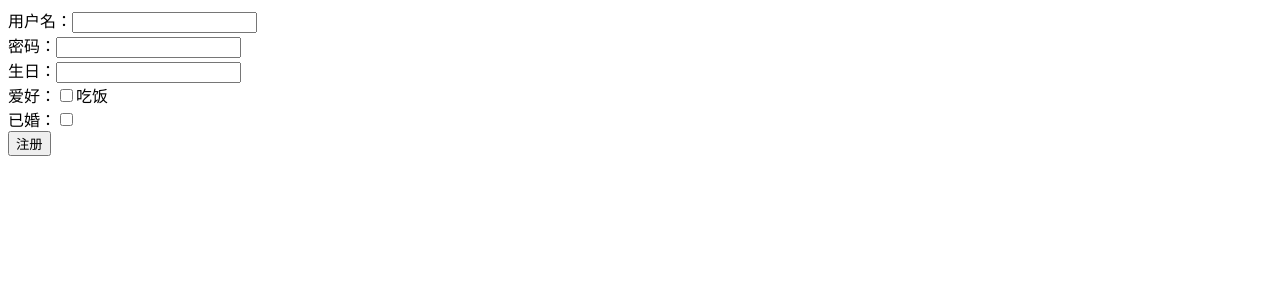
Repository: yanbin0061/JAVA
Page: http://localhost/struts_register/student.jsp
An editor plug-in stored every save of this project. The page is shown before and after the next save, followed by the edit.
The browser window is 1280 px wide. The pictures show the whole page.
The page is served by Tomcat 9. Other server files are loaded and not shown.

Above is the page before, as saved 2017-04-06 01:43:56.

### taotaoProgram/javaTest/struts_register/WebContent/student.jsp
<%@ page language="java" import="java.util.*" pageEncoding="UTF-8"%>
<!DOCTYPE HTML PUBLIC "-//W3C//DTD HTML 4.01 Transitional//EN">
<html>
  <head>
    <title>用户注册</title>
  </head>
  <body>
   	<form action="${pageContext.request.contextPath}/register.action" method="post">
   		用户名：<input type="text" name="username" /><br/>
   		密码：<input type="password" name="password" /><br/>
   		生日：<input type="text" name="birthday" /><br/>
   		爱好：<input type="checkbox" name="hobby" value="吃饭"/>吃饭
   			<br/>
   		已婚：<input type="checkbox" name="married" value="true"/><br/>
   		<input type="submit" value="注册" />
   	</form>
  </body>
</html>

After the next save:
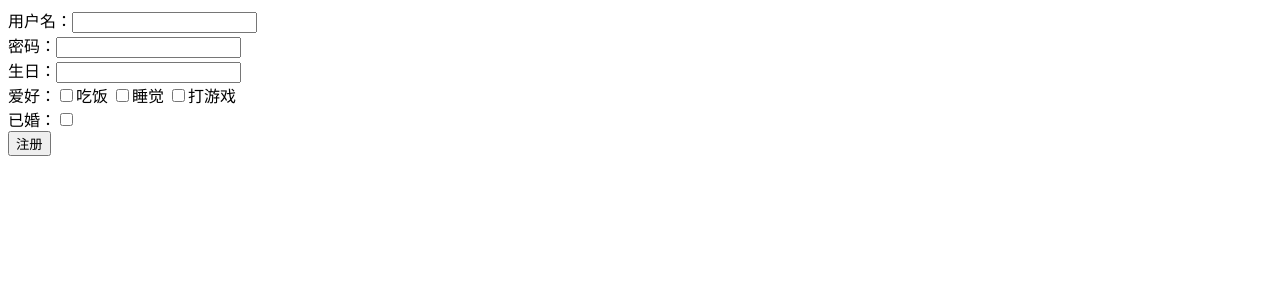
Saved 2 min 52 s later.
--- a/taotaoProgram/javaTest/struts_register/WebContent/student.jsp
+++ b/taotaoProgram/javaTest/struts_register/WebContent/student.jsp
@@ -10,6 +10,8 @@
    		密码：<input type="password" name="password" /><br/>
    		生日：<input type="text" name="birthday" /><br/>
    		爱好：<input type="checkbox" name="hobby" value="吃饭"/>吃饭
+   		    <input type="checkbox" name="hobby" value="睡觉"/>睡觉
+   		    <input type="checkbox" name="hobby" value="打游戏"/>打游戏
    			<br/>
    		已婚：<input type="checkbox" name="married" value="true"/><br/>
    		<input type="submit" value="注册" />
